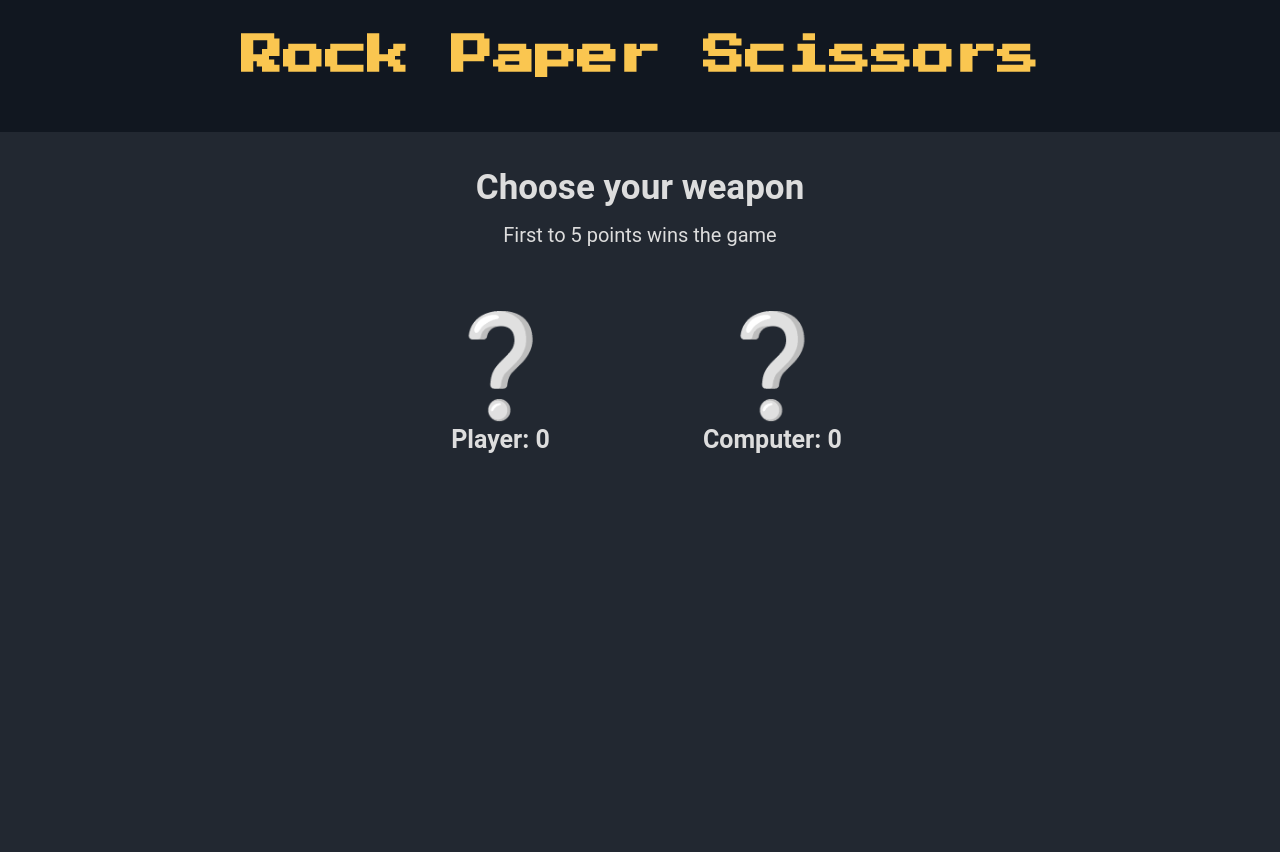
Repository: Aaryan-Poria/Rock-Paper-Scissors
Page: index.html
An editor plug-in stored every save of this project. The page is shown before and after the next save, followed by the edit.
The browser window is 1280 px wide. The pictures show the whole page.

Above is the page before, as saved 2023-08-22 23:29:40.

After the next save:
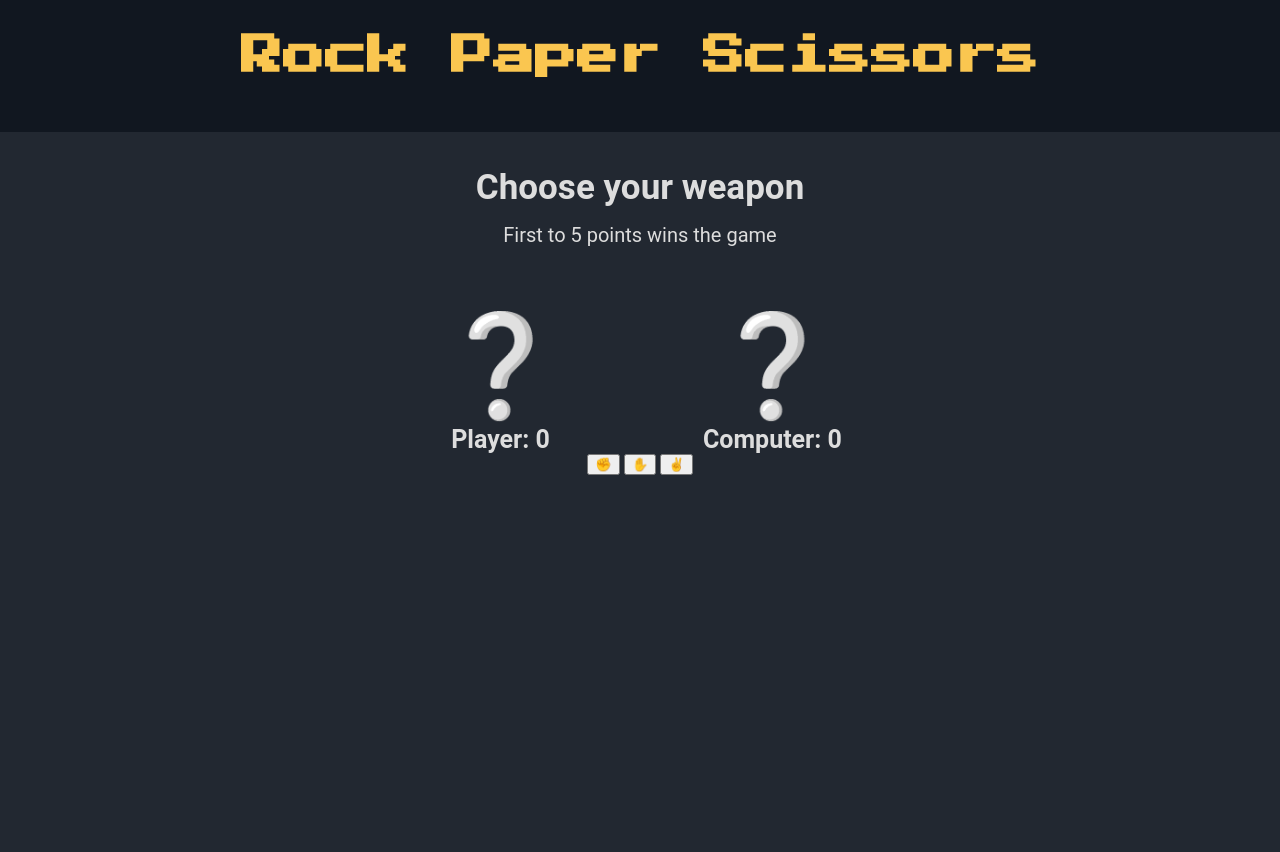
Saved 13 h 47 min later.
--- a/index.html
+++ b/index.html
@@ -32,6 +32,11 @@
           <p class="score 2">Computer: 0</p>
         </div>
       </div>
+      <div class="buttons">
+        <button>✊</button>
+        <button>✋</button>
+        <button>✌</button>
+      </div>
     </section>
   </body>
 </html>
